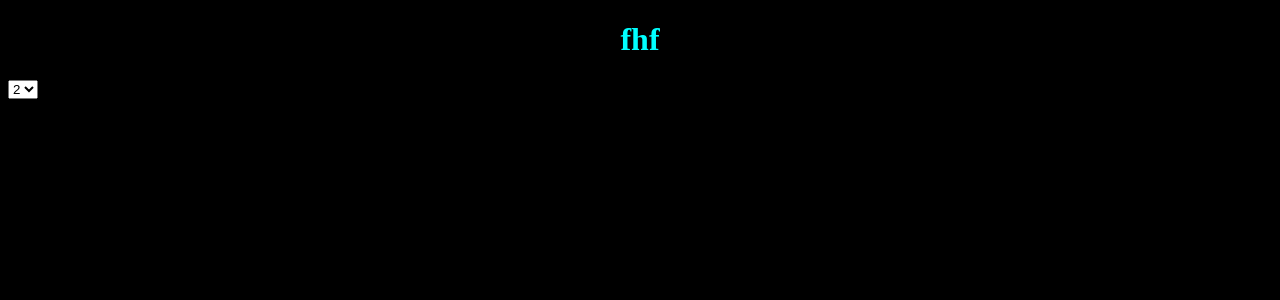
Repository: parveen95887/salesforceTest
Page: index.html
An editor plug-in stored every save of this project. The page is shown before and after a run of saves, followed by the edit.
The browser window is 1280 px wide. The pictures show the whole page.
After loading, the first visible `#selday` was changed once.

Above is the page before, as saved 2024-08-27 16:28:50.
Console error: ReferenceError: selecday is not defined

### index.html
<!DOCTYPE html>
<html lang="en">
<head>
    <meta charset="UTF-8">
    <meta name="viewport" content="width=device-width, initial-scale=1.0">
    <title>Document</title>
    <link rel="stylesheet" href="style.css">
</head>
<body>
    <h1 id="heading">fhf</h1>
    <script src="myscript.js"></script>
    <select id="selday">
        <option value="1">1</option>
        <option value="2">2</option>
        <option value="3">3</option>
        <option value="4">4</option>
        <option value="5">5</option>
        <option value="6">6</option>
        <option value="7">7</option>
    </select>
</body>
</html>

### style.css
body
{
    background-color: black;
}
body h1{
    color: aqua;
    text-align: center;
}

### myscript.js
// let getdaty=document.querySelector("#selday").value;

// console.log(getdaty);



document.addEventListener("DOMContentLoaded", function() {
    const selectElement = document.querySelector("#selday");
    const heading = document.querySelector("#heading");

    // Add event listener to update the heading when the selected day changes
    selectElement.addEventListener("change", function() {
        const selectedDay = selectElement.value;
        let day="No Select";
        console.log(selectedDay);
        switch(selectedDay){
         case "1":
         day="Sunday";
         break;
         case "2":
         day="Monday";
         break;
         case "3":
         day="Tusday";
         break;
         case "4":
         day="Wednusday";
         break;
         case "5":
         day="Thursday";
         break;
         case "1":
         day="Friday";
         break;
         case "1":
         day="Saturday";
         break;
         default:
         day="unskhown";
         break;
        }

        heading.textContent=`you are selected day ${selecday}`
    });
});

After the next 2 saves:
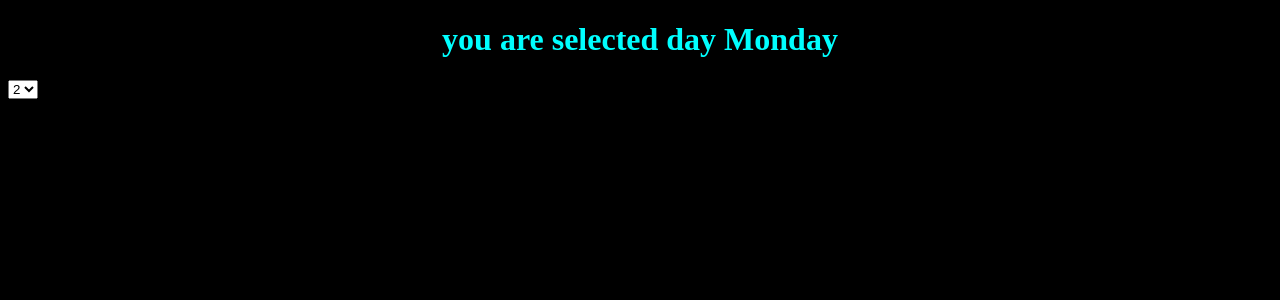
The error is gone.
The 2 saves are shown as one change because they came seconds apart.
The last was saved 12 s later.
--- a/myscript.js
+++ b/myscript.js
@@ -40,6 +40,6 @@
          break;
         }
 
-        heading.textContent=`you are selected day ${selecday}`
+        heading.textContent=`you are selected day ${day}`;
     });
 });
